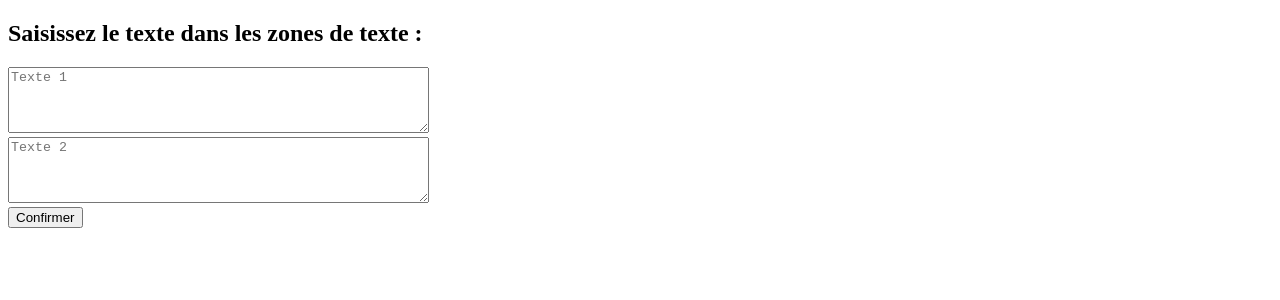
Repository: Dispasim/API2
Page: http://localhost/test/
The author's editor kept a copy of each file at every save. The page is drawn from the files as they stood at one save, then again after the next save.
The browser window is 1280 px wide. The pictures show the whole page.
The page is served by the project's application, run on Django 4.2 (manage.py). Other server files are loaded and not shown.

Above is the page before, as saved 2023-11-11 20:56:58.

### templates/projet/test.html
<!DOCTYPE html>
<html lang="en">
<head>

    <title>Formulaire d'envoi à l'API</title>
</head>
<body>

    <h2>Saisissez le texte dans les zones de texte :</h2>

    <form id="myForm">
        <textarea name="textarea1" rows="4" cols="50" placeholder="Texte 1"></textarea><br>
        <textarea name="textarea2" rows="4" cols="50" placeholder="Texte 2"></textarea><br>
        <!-- Ajoutez plus de textarea au besoin -->

        <button type="button" onclick="envoyerAPI()">Confirmer</button>
    </form>

    <script>
        function envoyerAPI() {
            // Récupérer le formulaire
            var formulaire = document.getElementById("myForm");

            // Créer un objet FormData pour rassembler les données du formulaire
            var formData = new FormData(formulaire);

            // Remplacer l'URL de l'API par votre propre URL
            var urlAPI = "https://exemple.com/votre-api-endpoint";

            // Effectuer la requête AJAX vers l'API
            fetch(urlAPI, {
                method: 'POST',
                body: formData
            })
            .then(response => response.json())
            .then(data => {
                console.log('Réponse de l\'API :', data);
                // Ajouter ici toute logique de gestion de la réponse de l'API
            })
            .catch(error => console.error('Erreur lors de la requête vers l\'API :', error));
        }
    </script>

</body>
</html>

### core/urls.py

from django.contrib import admin
from django.urls import path, include

urlpatterns = [
    path('admin/', admin.site.urls),
    path('',include('projet.urls', namespace='projet')),
    path('api/',include('projet_api.urls', namespace='projet_api'))
]

### projet/urls.py
from django.urls import path
from django.views.generic import TemplateView
#from .views import AccueilView

app_name = 'projet'

urlpatterns = [
    path('',TemplateView.as_view(template_name="projet/site.html")),
    path('test/',TemplateView.as_view(template_name="projet/test.html")),
    #path('<int:nombre_boites>/',accueil,TemplateView.as_view(template_name="projet/index.html")),
    #path('<int:nombre_boites>/', accueil, name='template/projet/index.html'),
    #path('',AccueilView.as_view(template_name="projet/index.html"))
    #path('<int:nombre_boites>/', AccueilView.as_view(), name='accueil')
]

### projet_api/urls.py
from django.urls import path
from .views import OrderList, OrderDetail

app_name = 'projet_api'

urlpatterns = [
    path('<int:pk>/',OrderDetail.as_view(),name='detailcreate'),
    path('',OrderList.as_view(), name='listcreate')
]

After the next save:
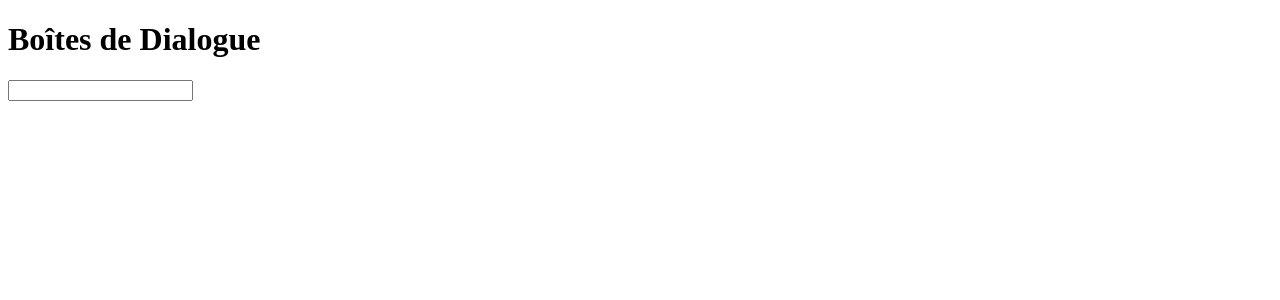
Saved 2 min 15 s later.
--- a/templates/projet/test.html
+++ b/templates/projet/test.html
@@ -1,45 +1,38 @@
 <!DOCTYPE html>
-<html lang="en">
+<html>
 <head>
-
-    <title>Formulaire d'envoi à l'API</title>
+    <title>Boîtes de Dialogue</title>
 </head>
 <body>
-
-    <h2>Saisissez le texte dans les zones de texte :</h2>
-
-    <form id="myForm">
-        <textarea name="textarea1" rows="4" cols="50" placeholder="Texte 1"></textarea><br>
-        <textarea name="textarea2" rows="4" cols="50" placeholder="Texte 2"></textarea><br>
-        <!-- Ajoutez plus de textarea au besoin -->
-
-        <button type="button" onclick="envoyerAPI()">Confirmer</button>
-    </form>
+    <h1>Boîtes de Dialogue</h1>
+    <input type="number" id="nombre_boites" name="nombre_boites" value="{{ nombre_boites }}">
+    <div id="boites-container"></div>
 
     <script>
-        function envoyerAPI() {
-            // Récupérer le formulaire
-            var formulaire = document.getElementById("myForm");
+        // Fonction pour générer les textarea en fonction du nombre spécifié
+        function genererBoites() {
+            // Récupérer la valeur de l'input
+            var nombreBoites = document.getElementById("nombre_boites").value;
 
-            // Créer un objet FormData pour rassembler les données du formulaire
-            var formData = new FormData(formulaire);
+            // Sélectionner le conteneur où les textarea seront ajoutés
+            var conteneur = document.getElementById("boites-container");
 
-            // Remplacer l'URL de l'API par votre propre URL
-            var urlAPI = "https://exemple.com/votre-api-endpoint";
+            // Effacer le contenu existant du conteneur
+            conteneur.innerHTML = '';
 
-            // Effectuer la requête AJAX vers l'API
-            fetch(urlAPI, {
-                method: 'POST',
-                body: formData
-            })
-            .then(response => response.json())
-            .then(data => {
-                console.log('Réponse de l\'API :', data);
-                // Ajouter ici toute logique de gestion de la réponse de l'API
-            })
-            .catch(error => console.error('Erreur lors de la requête vers l\'API :', error));
+            // Générer et ajouter les textarea en fonction du nombre spécifié
+            for (var i = 0; i < nombreBoites; i++) {
+                var textarea = document.createElement("textarea");
+                textarea.placeholder = "Boîte de dialogue " + (i + 1);
+                conteneur.appendChild(textarea);
+            }
         }
+
+        // Ajouter un écouteur d'événements pour détecter les changements dans l'input
+        document.getElementById("nombre_boites").addEventListener("input", genererBoites);
+
+        // Appeler la fonction initiale pour générer les textarea en fonction de la valeur initiale
+        genererBoites();
     </script>
-
 </body>
 </html>
